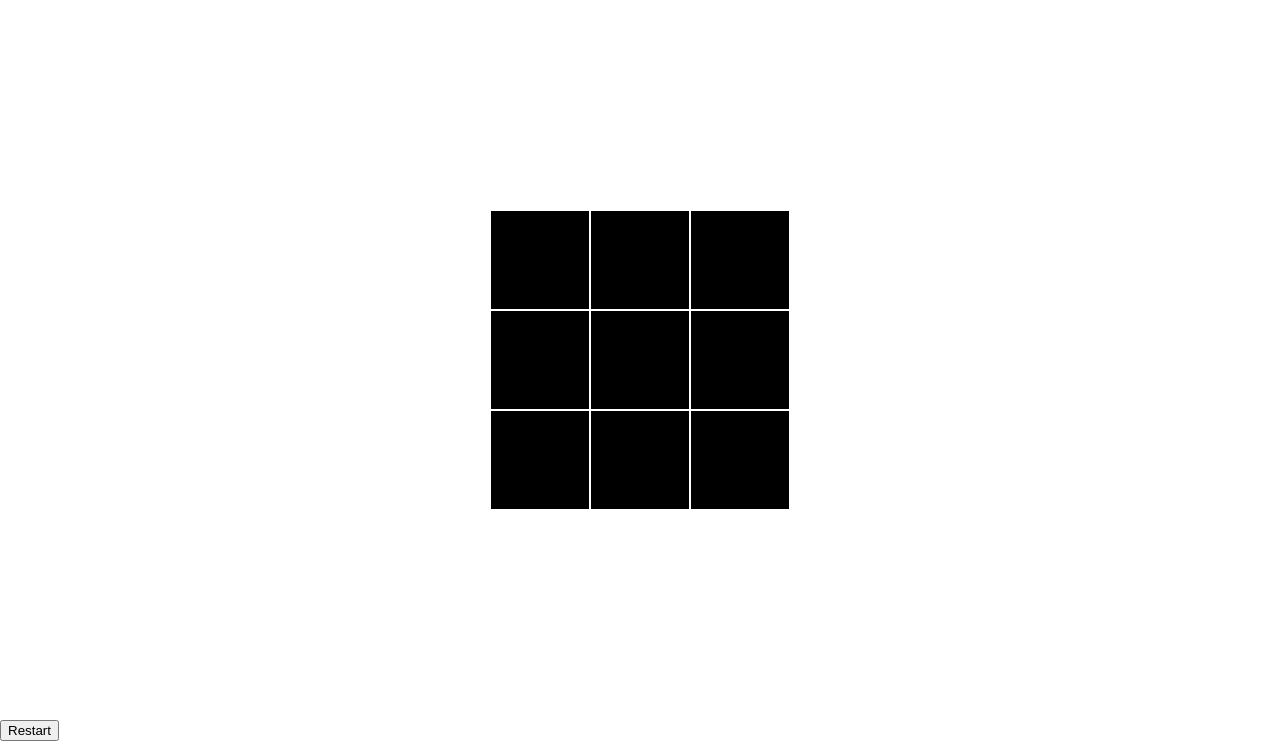
Repository: kate30980/pratice-tictactoe
Page: index.html
An editor plug-in stored every save of this project. The page is shown before and after the next save, followed by the edit.
The browser window is 1280 px wide. The pictures show the whole page.

Above is the page before, as saved 2021-08-05 21:52:23.
Not found: script.js

### index.html
<!DOCTYPE html>
<html lang="en">
<head>
    <meta charset="UTF-8">
    <meta http-equiv="X-UA-Compatible" content="IE=edge">
    <meta name="viewport" content="width=device-width, initial-scale=1.0">
    <link rel="stylesheet" href="styles.css">
    <script src="script.js" defer></script>
    <title>Tic Tac Toe</title>
</head>
<body>
    <div class="board" id="board">
        <div class="cell" data-cell></div>
        <div class="cell" data-cell></div>
        <div class="cell" data-cell></div>
        <div class="cell" data-cell></div>
        <div class="cell" data-cell></div>
        <div class="cell" data-cell></div>
        <div class="cell" data-cell></div>
        <div class="cell" data-cell></div>
        <div class="cell" data-cell></div>
    </div>
    <div class="winning-message">
        <div data-wining-message-text></div>
        <button id="restartButton">Restart</button>
    </div>
</body>
</html>

### styles.css
*,
*::after,
*::before {
  box-sizing: border-box;
}
:root {
  --cell-size: 100px;
  --mark-size: cal(var(--cell-size) * 0.9);
  /* do this because we want this mark size to be 90% of the cell size */
}
body {
  margin: 0;
}
.board {
  width: 100vw;
  height: 100vh;
  display: grid;
  justify-content: center;
  align-content: center;
  justify-items: center;
  align-items: center;
  grid-template-columns: repeat(3, auto);
}
.cell {
  width: var(--cell-size);
  height: var(--cell-size);
  background-color: black;
  border: 1px solid white;
}

After the next save:
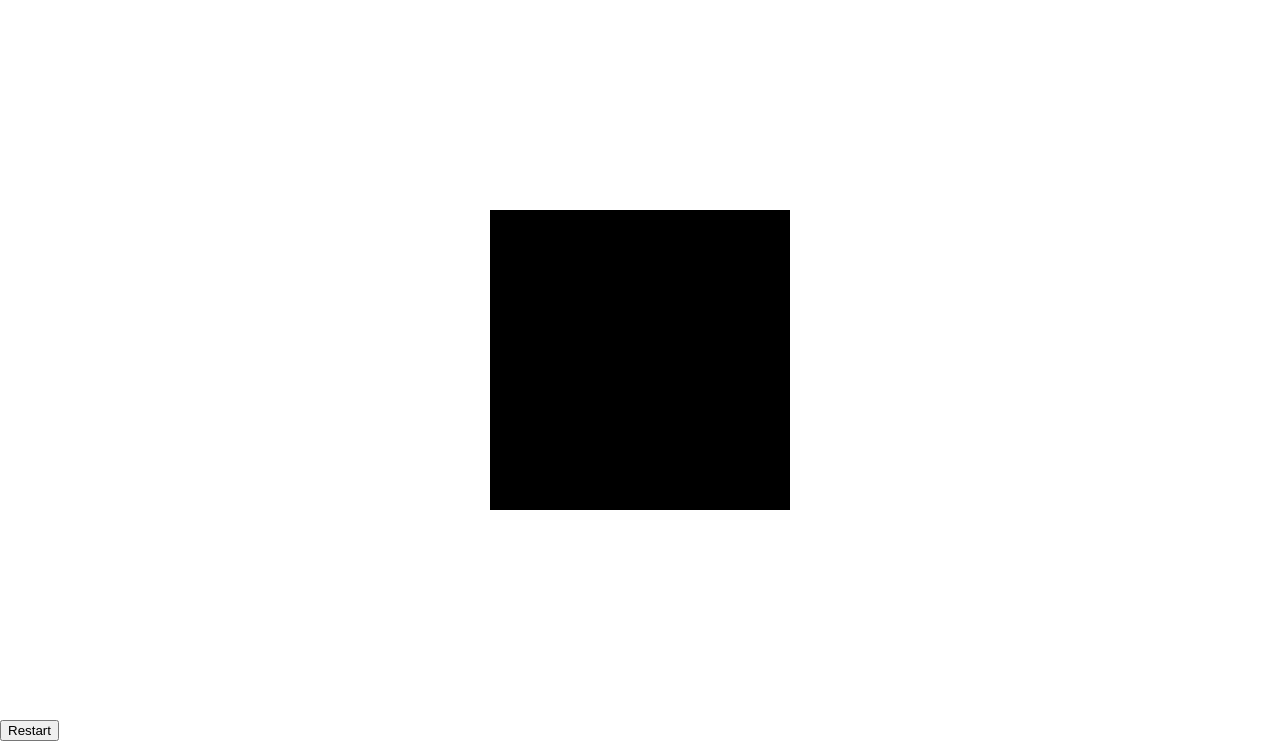
Saved 27 s later.
--- a/styles.css
+++ b/styles.css
@@ -25,5 +25,5 @@ body {
   width: var(--cell-size);
   height: var(--cell-size);
   background-color: black;
-  border: 1px solid white;
+  border: 1px solid black;
 }
